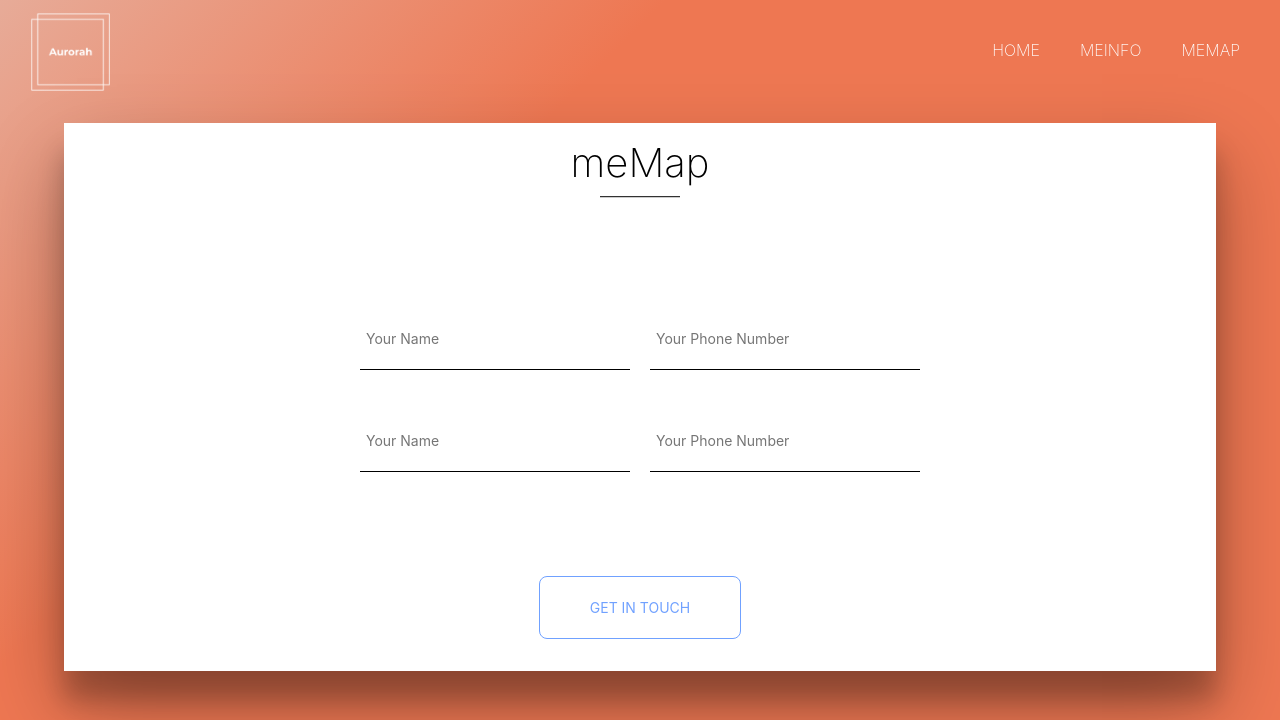
Repository: aasirvalji/saferMe
Page: /alt
These files come from the project's save history. The page is drawn as it stood at one moment and after the next save; the edit follows.
The browser window is 1280 px wide. The pictures show the whole page.
An inner scrolling area shows only its first screen. The project was rebuilt for these pictures with package versions that can differ from the ones it lists, and the page was loaded fresh each time. Also part of the build but not shown: src/components/Landing.js, src/styles/Services.css, src/components/Services.js, src/styles/MapDisplay.css, src/mapStyles.js, src/components/MapDisplay.js, src/styles/AboutDisplay.css, src/components/AboutDisplay.js and 1 more.

Above is the page before, as saved 2020-02-15 12:55:47.

### public/index.html
<!DOCTYPE html>
<html lang="en">
  <head>
    <meta charset="utf-8" />
    <link rel="icon" href="%PUBLIC_URL%/favicon.ico" />
    <meta name="viewport" content="width=device-width, initial-scale=1" />
    <meta name="theme-color" content="#000000" />
    <meta
      name="description"
      content="Web site created using create-react-app"
    />
    <link rel="apple-touch-icon" href="%PUBLIC_URL%/logo192.png" />
    <!--
      manifest.json provides metadata used when your web app is installed on a
      user's mobile device or desktop. See https://developers.google.com/web/fundamentals/web-app-manifest/
    -->
    <link rel="manifest" href="%PUBLIC_URL%/manifest.json" />
    <!--
      Notice the use of %PUBLIC_URL% in the tags above.
      It will be replaced with the URL of the `public` folder during the build.
      Only files inside the `public` folder can be referenced from the HTML.

      Unlike "/favicon.ico" or "favicon.ico", "%PUBLIC_URL%/favicon.ico" will
      work correctly both with client-side routing and a non-root public URL.
      Learn how to configure a non-root public URL by running `npm run build`.
    -->

    <link
    rel="stylesheet"
    href="https://maxcdn.bootstrapcdn.com/bootstrap/4.3.1/css/bootstrap.min.css"
    integrity="sha384-ggOyR0iXCbMQv3Xipma34MD+dH/1fQ784/j6cY/iJTQUOhcWr7x9JvoRxT2MZw1T"
    crossorigin="anonymous"
  />

  <link rel="stylesheet" href="https://use.fontawesome.com/releases/v5.7.2/css/all.css" integrity="sha384-fnmOCqbTlWIlj8LyTjo7mOUStjsKC4pOpQbqyi7RrhN7udi9RwhKkMHpvLbHG9Sr" crossorigin="anonymous">

    <title>Aurorah</title>
  </head>
  <body>
    <noscript>You need to enable JavaScript to run this app.</noscript>
    <div id="root"></div>
    <!--
      This HTML file is a template.
      If you open it directly in the browser, you will see an empty page.

      You can add webfonts, meta tags, or analytics to this file.
      The build step will place the bundled scripts into the <body> tag.

      To begin the development, run `npm start` or `yarn start`.
      To create a production bundle, use `npm run build` or `yarn build`.
    -->
  </body>
</html>

### src/App.js
import React from 'react';
import './App.css';
import Navigate from './components/Navigate'
import Landing from './components/Landing'
import Services from './components/Services'
import MapDisplay from './components/MapDisplay'
import AltDisplay from './components/AltDisplay'
import AboutDisplay from './components/AboutDisplay'

import SampleDisplay from './components/SampleDisplay';


import {
  BrowserRouter as Router,
  Switch,
  Route,
} from "react-router-dom";

class App extends React.Component { //when working with any type of data, call it in App then pass to comp on interest

  constructor(props) {
    super(props);

  }

/* start api sample */
/*
  componentDidMount() {
    fetch("https://api.example.com/items")
      .then(res => res.json())
      .then(
        (result) => {
          this.setState({
            isLoaded: true,
            items: result.items
          });
        },
        // Note: it's important to handle errors here
        // instead of a catch() block so that we don't swallow
        // exceptions from actual bugs in components.
        (error) => {
          this.setState({
            isLoaded: true,
            error
          });
        }
      )
  }
  */
/* end api sample */
  render(){


  return (
    <Router>
    <div className="App">

    <Switch>

    <Route exact path="/">
    <div className='landing-div'>
    <Navigate></Navigate>
    <Landing></Landing>
    <img className='wave' src='https://www.ochrehealth.com.au/wp-content/uploads/2018/10/slider-wave.png' alt=''></img>  {/* wave pattern*/}
    </div>
    {/* services placement*/}
    {/* maps placement*/}
    </Route>

    <Route path="/about">
    <div className='about-background'>
    <Navigate></Navigate>

    <AboutDisplay></AboutDisplay>
    </div>
    </Route>

    <Route path="/map">
    <div className='map-background'>
    <Navigate></Navigate>

  <MapDisplay></MapDisplay>
    </div>
    </Route>

    <Route path="/graph">
    <div className='graph-background'>
    <Navigate></Navigate>


    </div>
    </Route>

    <Route path="/alt">
    <div className='alt-background'>
    <Navigate></Navigate>

    <AltDisplay></AltDisplay>
    </div>
    </Route>

    </Switch>

    </div>
    </Router>

  );
  }
}

export default App;

### src/App.css
.landing-div {
    height: 100vh;
	background: linear-gradient(-45deg, #ee7752, #e73c7e,#FF4136, #85144b);
	background-size: 400% 400%;
    animation: gradient 10s ease infinite;

}


@keyframes gradient {
	0% {
		background-position: 0% 50%;
	}
	50% {
		background-position: 100% 50%;
	}
	100% {
		background-position: 0% 50%;
	}
}

.landing-div .wave{
    margin-right: 20vh;
    height: 15vh;
    width: 100%;
    position: absolute;
    bottom: 0;
}

@media screen and (max-width:700px) {

    .landing-div {
        height: 110vh;
    }

    .landing-div .wave{
    display: none;
    }

}

.about-background{
    background: linear-gradient(-45deg, #23a6d5, #23a6d5,#23a6d5, #acceda);
    height: 100vh;
}

.map-background{
    background: linear-gradient(-45deg, #5444c4, #5444c4,#5444c4, #908ab9);
    height: 100vh;
}

.graph-background{
    background: linear-gradient(-45deg, #e73c7e, #e73c7e,#e73c7e, #e0a0b9);
    height: 100vh;
}

.alt-background{
    background: linear-gradient(-45deg, #ee7752, #ee7752,#ee7752, #e7ab98);
    height: 100vh;
}

### src/components/Navigate.js
import React from 'react';
import '../styles/Navigate.css';
import {}
from 'react-bootstrap';
import img from '../assets/Au.png'

import { Link } from "react-router-dom";


function Navigate() {
    return (
    <>
  <div class="header">
    <h2 class="logo"><img src={img}></img></h2>
    <input type="checkbox" id="chk"></input>
    <label for="chk" class="show-menu-btn">
      <i class="fas fa-ellipsis-h"></i>
    </label>

    <ul class="menu">
      <Link to="/"><a>Home</a></Link>
      {/*<Link to="/about"><a>About</a></Link>*/}
      <Link to="/alt"><a>meInfo</a></Link>
      <Link to="/map"><a>meMap</a></Link>
      {/*<Link to="/graph"><a>eGraph</a></Link>*/}

      <label for="chk" class="hide-menu-btn">
        <i class="fas fa-times"></i>
      </label>
    </ul>
  </div>
</>
);
}


export default Navigate;

### src/components/AltDisplay.js
import React from 'react';
import '../styles/AltDisplay.css'




class AltDisplay extends React.Component{

  constructor(props){
    super(props);

    this.state = {username: '',
    userNumber: '',
    emergencyName: '',
    emergencyNumber: '',
  };

    this.handleChange = this.handleChange.bind(this);
    this.handleSubmit = this.handleSubmit.bind(this);
}

handleChange = (event) => {
  this.setState({
  [event.target.name] : event.target.value
})
}

handleSubmit(event) {

  alert('A name was submitted: ' + this.state.username);
  console.log(this.state.userNumber)
  console.log(this.state.emergencyName)
  console.log(this.state.emergencyNumber)
  event.preventDefault();
}

render(){
    return(
        <>

<div className='alt-con'>

<div className='alt-header'>
<h1>meMap</h1>
</div>

<form class="contact-section" onSubmit={this.handleSubmit}>
      <div class="inner-width">

        <input type="text" class="name" placeholder="Your Name" name = 'username'
        value={this.state.value} onChange={this.handleChange} ></input>

       <input type="number" class="email" placeholder="Your Phone Number" name ="userNumber"
       username={this.state.username} onChange={this.handleChange} ></input>

      <input type="text" class="name" placeholder="Your Name" name = 'emergencyName'
        value={this.state.value} onChange={this.handleChange} ></input>

       <input type="number" class="email" placeholder="Your Phone Number" name ="emergencyNumber"
       username={this.state.username} onChange={this.handleChange} ></input>

        <button type='submit' value="Submit">Get in touch</button>
      </div>
    </form>

</div>

        </>
    )
}
}


export default AltDisplay;

### src/styles/Navigate.css
/* Start Navbar */

.header{
    height: 100px;
    background: transparent;
    padding: 0 20px;
    color: white;
    font-weight: 200;
  }
  .logo{
    line-height: 100px;
    float: left;
  }

  .header h2{
    font-weight: 200;
  }

  .header img{
    width: 12vh;
    height: 12vh;
    margin-left: 1vh;
  }

  .menu{
    float: right;
    line-height: 100px;
  }
  .menu a{
    color: white;
    text-transform: uppercase;
    text-decoration: none;
    padding: 0 10px;
    transition: 0.4s;
  }
  .show-menu-btn,.hide-menu-btn{
    transition: 0.4s;
    font-size: 30px;
    cursor: pointer;
    display: none;
  }
  .show-menu-btn{
    float: right;
  }
  .show-menu-btn i{
    line-height: 100px;
  }
  .menu a:hover,
  .show-menu-btn:hover,
  .hide-menu-btn:hover{
    transition: .5s;
    color: black;
  }

  #chk{
    position: absolute;
    visibility: hidden;
    z-index: -1111;
  }

  .content{
    padding: 0 20px;
  }
  .content img{
    width: 100%;
    max-width: 700px;
    margin: 20px 0;
  }
  .content p{
    text-align: justify;
  }

  @media screen and (max-width:800px) {
    .show-menu-btn,.hide-menu-btn{
      display: block;
    }
    .menu{
      position: fixed;
      width: 100%;
      height: 100vh;
      background: linear-gradient(-45deg, #ee7752, #e73c7e,#5444c4, #23a6d5);
      right: -100%;
      top: 0;
      text-align: center;
      padding: 80px 0;
      line-height: normal;
      transition: 0.7s;
      z-index: 1000;
    }
    .menu a{
      display: block;
      padding: 20px;
    }

    .menu a:hover{
      cursor: pointer;
    }

    .hide-menu-btn{
      position: absolute;
      top: 40px;
      right: 40px;
    }
    #chk:checked ~ .menu{
      right: 0;
    }
  }

  /* End Navbar */

### src/styles/Landing.css


  * {
    box-sizing: border-box;
    margin: 0;
    padding: 0;
  }


  h1 {
    line-height: 1.3;

  }

  img {
    width: 90%;
  }

  .container {
    max-width: 1200px;
    margin: auto;
    padding: 0 2rem;
    margin-top: 13vh;
  }

  .container h1, p{
    margin-top: 10vh;
    color: white;
  }

  .main-header{
    -webkit-animation: fadein 4s; /* Safari, Chrome and Opera > 12.1 */
    -moz-animation: fadein 4s; /* Firefox < 16 */
     -ms-animation: fadein 4s; /* Internet Explorer */
      -o-animation: fadein 4s; /* Opera < 12.1 */
         animation: fadein 4s;
  }

  .main-subheader{
    -webkit-animation: fadein 4s; /* Safari, Chrome and Opera > 12.1 */
    -moz-animation: fadein 4s; /* Firefox < 16 */
     -ms-animation: fadein 4s; /* Internet Explorer */
      -o-animation: fadein 4s; /* Opera < 12.1 */
         animation: fadein 4s;
  }

  .section-a {
    margin: 2rem 0;
  }

  .section-a .container {
    display: grid;
    grid-template-columns: 1fr 1fr;
    grid-gap: 3rem;
    align-items: center;
    justify-content: center;
  }

  .section-a h1 {
    font-size: 4rem;
    font-weight: 200;
  }

  .section-a p {
    font-size: 1.1rem;
    margin: 1rem 0 0 .775vh;
    font-weight: 200;
  }

  .floating{
    animation-name: floating;
    animation-duration: 3s;
    animation-iteration-count: infinite;
    animation-timing-function: ease-in-out;
    z-index: 100;
  }


  @keyframes floating {
    from { transform: translate(0,  0px); }
    50%  { transform: translate(0, 20px); }
    to   { transform: translate(0, -0px); }
}

  @media (max-width: 700px) {
    .section-a .container {
      grid-template-columns: 1fr;
      text-align: center;
    }

    .section-a .container div:first-child {
      order: 2;
    }

    .section-a .container div:nth-child(2) {
      order: -1;
    }

    .section-a img {
      width: 80%;
      margin: auto;
    }
  }

/* fade in animation*/

@keyframes fadein {
  from { opacity: 0; }
  to   { opacity: 1; }
}

/* Firefox < 16 */
@-moz-keyframes fadein {
  from { opacity: 0; }
  to   { opacity: 1; }
}

/* Safari, Chrome and Opera > 12.1 */
@-webkit-keyframes fadein {
  from { opacity: 0; }
  to   { opacity: 1; }
}

/* Internet Explorer */
@-ms-keyframes fadein {
  from { opacity: 0; }
  to   { opacity: 1; }
}

/* Opera < 12.1 */
@-o-keyframes fadein {
  from { opacity: 0; }
  to   { opacity: 1; }
}

### src/styles/AltDisplay.css
/* Try adding wave to Navbar */

.alt-con{
    transform: translateY(1vh);
    color: black;
    width: 90%;
    height: 76vh;
    margin: 15px auto;
    background: white;
    overflow: hidden;
    position: relative;
    top: 0;
    -webkit-box-shadow: 0 38px 76px rgba(0, 0, 0, 0.3), 0 30px 24px rgba(0, 0, 0, 0.22);
            box-shadow: 0 38px 76px rgba(0, 0, 0, 0.3), 0 30px 24px rgba(0, 0, 0, 0.22);
            overflow-y: auto;
}

.alt-con p{
    color: white;
}

.alt-header h1{
    color: black;
    text-align: center;
    font-weight: 200;
    margin-top: 2vh;
    margin-bottom: 8vh;
}

.alt-header h1:after {

    content: '';
    transform: translateY(1vh);
    margin: auto;
    border-bottom: .1vh solid black;
    width: 11vh;
    display: block;

}

.alt-details p{
    font-weight: 300;
    margin: auto;
    color: black;
    text-align: center;
    width: 50%;
    margin-bottom: 3vh;
}

.alt-details img{
    display: block;
    margin: 0 auto;
    height: 40vh;
    width: 50vh;
}

/* sample */

.middle{
    position: relative;
    margin: auto;
  }

  .task-list{
    width: 400px;
    padding: 40px;
    background: linear-gradient(-45deg, #ee7752, #ee7752,#ee7752, #e7ab98);
    background-size: cover;
  }
  .task-list h2{
    color: #fff;
    font-weight: 220;
  }
  .task{
    display: flex;
    padding: 10px 0;
    align-items: center;
    cursor: pointer;
    font-weight: 220;
  }

  .task input{
    position: absolute;
    visibility: hidden;
  }

  .task i{
    display: inline-block;
    width: 48px;
    height: 48px;
    border-radius: 50%;
    border: 1px solid white;
    text-align: center;
    line-height: 48px;
    font-size: 20px;
    margin-right: 14px;
    color: transparent;
  }

  .text{
    font-size: 18px;
    color: #fff;
  }

  .task input:checked ~ i{
    color: white;
  }

  .task input:checked ~ .text{
    text-decoration: line-through;
    color: white;
  }












  .contact-section{
    background: transparent;
    padding: 60px 0;
    text-align: center;
  }

  .inner-width{
    max-width: 600px;
    margin: auto;
    padding: 0 20px;
  }

  .contact-section h1{
    font-size: 20px;
    color: #000000;
    text-transform: uppercase;
    letter-spacing: 4px;
    font-weight: 400;
  }

  .name,.email{
    background: none;
    border:none;
    outline: none;
    border-bottom: 1px solid;
    color: #000000;
    padding: 20px 6px;
    font-size: 14px;
    margin-bottom: 40px;
  }

  .name{
    float: left;
    width: 270px;
  }

  .email{
    float: right;
    width: 270px;
  }

  .message{
    min-width: 100%;
    max-width: 100%;
  }


  .contact-section button{
    margin-top: 4rem;
    background: none;
    color: #70a1ff;
    border: 1px solid #70a1ff;
    padding: 20px 50px;
    border-radius: 8px;
    text-transform: uppercase;
    font-size: 14px;
    transition: 0.4s linear;
    cursor: pointer;
  }

  .contact-section button:hover{
    background: #70a1ff;
    color: #fff;
  }


  @media screen and (max-width:600px){
    .name,.email{
      width: 100%;
    }
  }

Loaded but not shown: src/index.js (common file); src/index.css (common file); src/serviceWorker.js (common file)

After the next save:
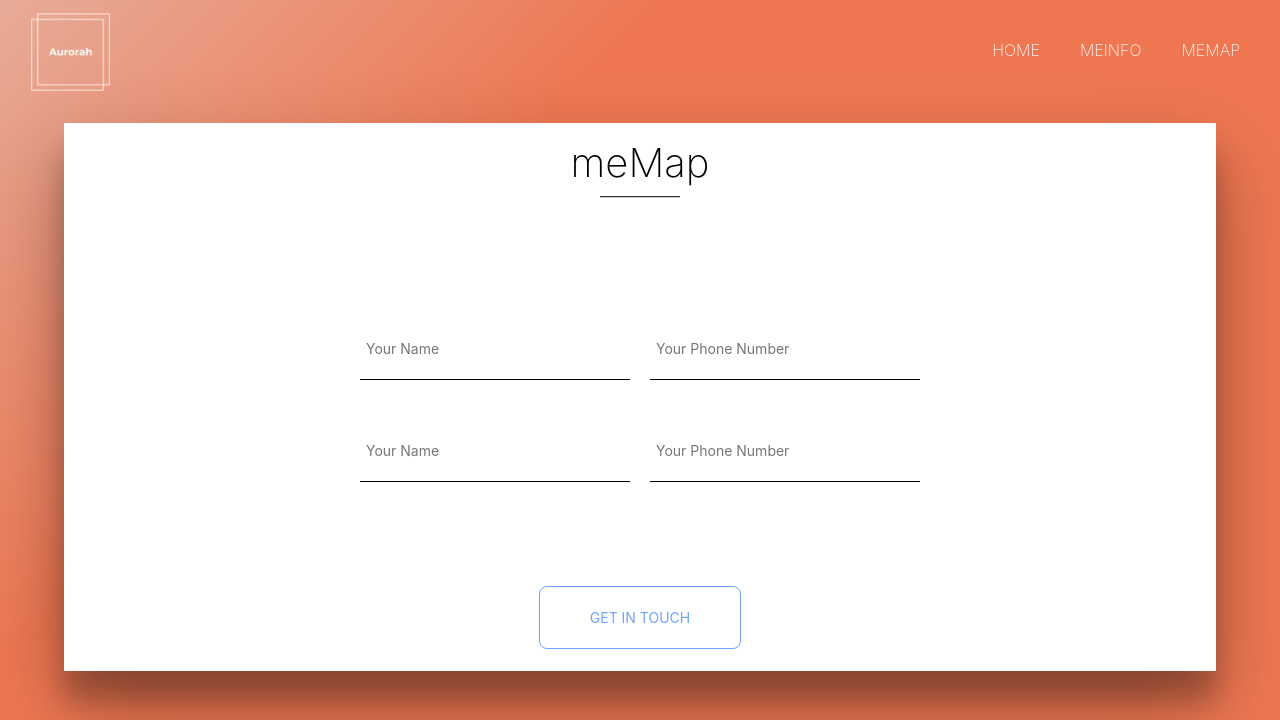
Saved 5 s later.
--- a/src/styles/AltDisplay.css
+++ b/src/styles/AltDisplay.css
@@ -124,7 +124,7 @@
 
   .contact-section{
     background: transparent;
-    padding: 60px 0;
+    padding: 70px 0;
     text-align: center;
   }
 
